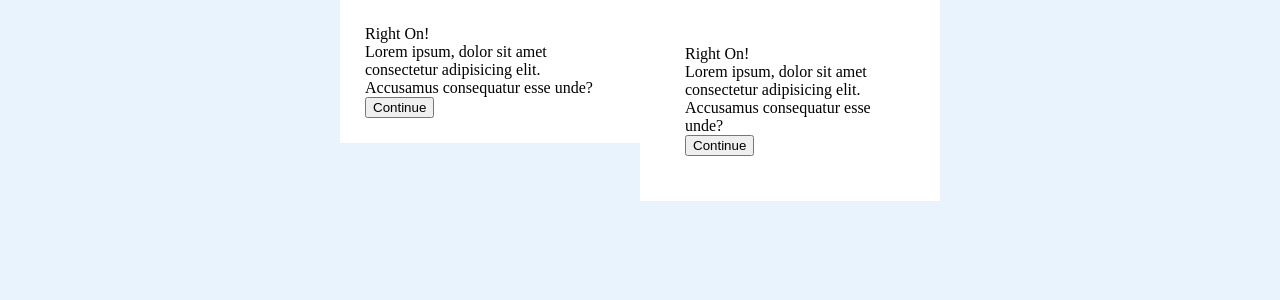
Repository: giahuy405/flash_message_BEM
Page: index.html
An editor plug-in stored every save of this project. The page is shown before and after the next save, followed by the edit.
The browser window is 1280 px wide. The pictures show the whole page.

Above is the page before, as saved 2022-09-06 02:16:28.

After the next save:
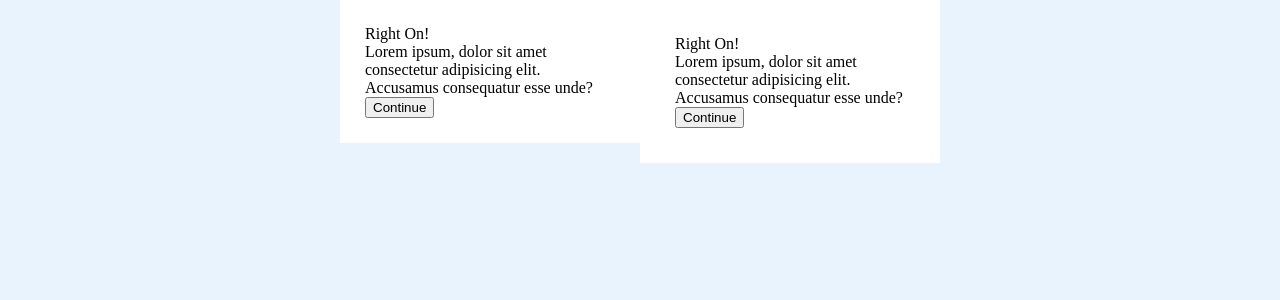
Saved 7 s later.
--- a/css/index.css
+++ b/css/index.css
@@ -20,5 +20,5 @@
     padding: 25px ;
 }
 .flash-message-2{
-    margin: 20px;
+    padding: 10px;
 }
